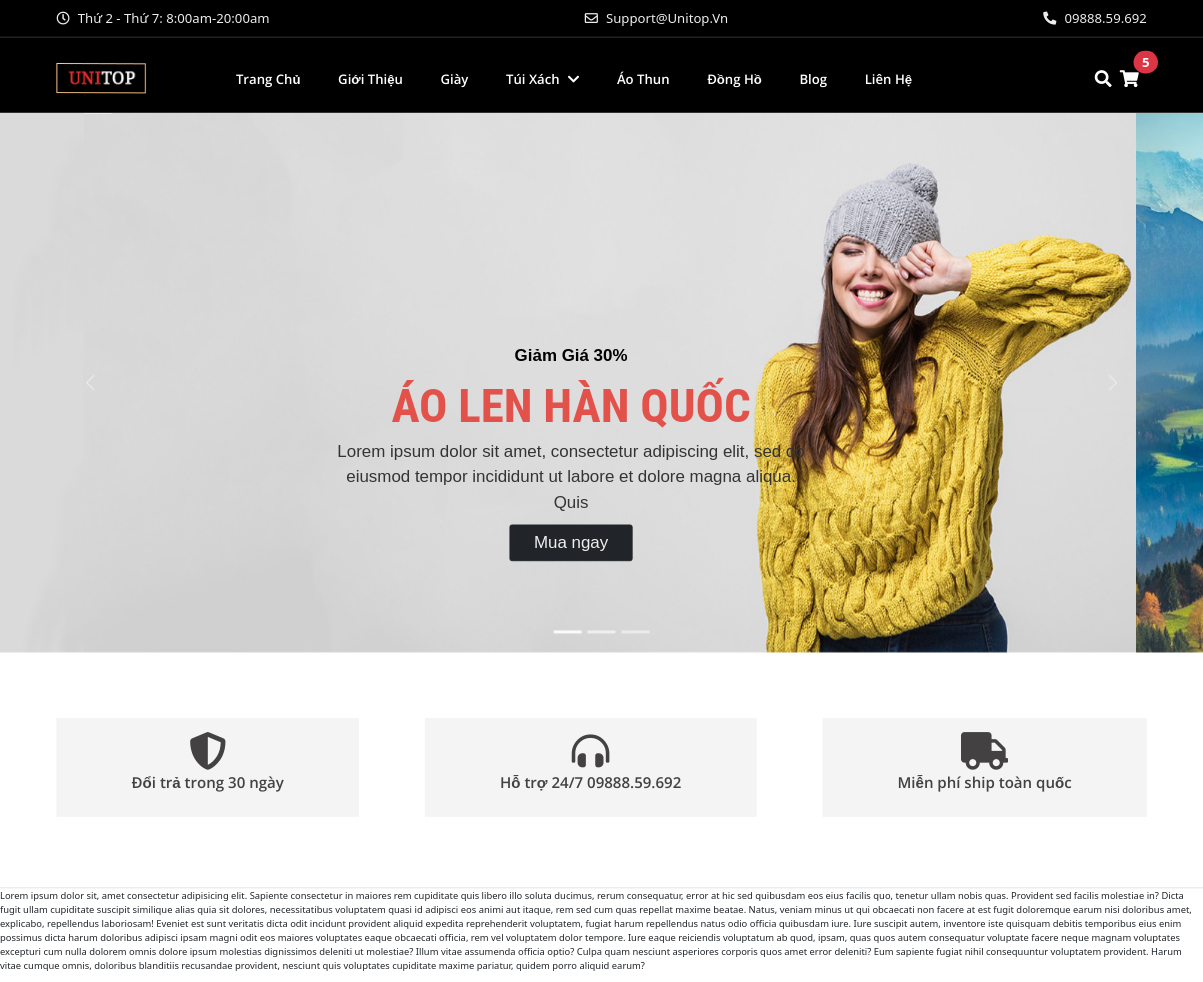
Repository: vinhtk0209/clothes-shop
Page: index.html
The author's editor kept a copy of each file at every save. The page is drawn from the files as they stood at one save, then again after the next save.
The browser window is 1280 px wide. The pictures show the whole page, at 94% of full size.

Above is the page before, as saved 2021-10-04 17:35:55.

### index.html
<!DOCTYPE html>
<html lang="en">
  <head>
    <meta charset="UTF-8" />
    <meta http-equiv="X-UA-Compatible" content="IE=edge" />
    <meta name="viewport" content="width=device-width, initial-scale=1.0" />
    <title>UNI-SHOP</title>
    <link rel="stylesheet" href="assets/css/reset.css" />
    <link rel="stylesheet" href="assets/fontawesome/css/all.css" />
    <link rel="stylesheet" href=" assets/boostrap/css/bootstrap.min.css" />
    <link rel="preconnect" href="https://fonts.googleapis.com" />
    <link rel="preconnect" href="https://fonts.gstatic.com" crossorigin />
    <link
      href="https://fonts.googleapis.com/css2?family=Open+Sans:wght@400;600;700&display=swap"
      rel="stylesheet"
    />
    <script src="assets/js/jquery.min.js"></script>
    <link rel="stylesheet" href="assets/css/main.css" />
  </head>
  <body>
    <div id="wrapper">
      <div id="header">

          <div class="header-info">
            <div class="container-1160">
            <ul
              class="
                list-info list-unstyled
                d-flex
                justify-content-between
                align-items-center
              "
            >
              <li>
                <p class="header-descr time-contact">
                  <span class="icon-time">
                    <!-- icon time -->
                    <i class="far fa-clock"></i>
                  </span>
                  <span class="descr-time ps-2 descr"
                    >thứ 2 - thứ 7: 8:00am-20:00am</span
                  >
                </p>
              </li>
              <li>
                <p class="header-descr email-contact">
                  <span class="icon-email">
                    <!-- icon email -->
                    <i class="far fa-envelope"></i>
                  </span>
                  <span class="descr-email ps-2 descr"> support@unitop.vn </span>
                </p>
              </li>
              <li>
                <p class="header-descr phone-number">
                  <span class="icon-phone">
                    <!-- icon phone -->
                    <i class="fas fa-phone-alt"></i>
                  </span>
                  <span class="descr-phone ps-2 descr"> 09888.59.692 </span>
                </p>
              </li>
            </ul>
          </div>
          </div>
          <!-- END HEADER-INFO -->
          <div
            class="header-menu d-flex align-items-center container-1160"

          >

            <div class="header-menu-logo mr-95">
              <a href="" class="logo-link">
                <img src="assets/images/logo.png" alt="logo" />
              </a>
            </div>
            <div class="header-menu-list ">
              <ul
                class="
                  list-menu
                  d-flex

                  align-items-center list-unstyled
                "
              >
                <li>
                  <a href="" class="list-name text-decoration-none">Trang chủ</a>
                </li>
                <li>
                  <a href="" class="list-name text-decoration-none">Giới thiệu</a>
                </li>
                <li>
                  <a href="" class="list-name text-decoration-none">Giày</a>
                </li>
                <li class="position-relative list-product">
                  <a href="" class="list-name text-decoration-none "
                    >Túi xách
                    <span class="icon-arrow-down ps-2">
                      <!-- icon arrow down -->
                      <i class="fas fa-chevron-down"></i>
                    </span></a
                  >

                  <ul class="sub-menu list-unstyled position-absolute  bg-submenu ">

                    <li>
                      <a href="" class="text-decoration-none color-submenu ">
                        túi xách tay nữ
                      </a>
                    </li>
                    <li>
                      <a href="" class="text-decoration-none  color-submenu">
                        túi đeo chéo nữ
                      </a>
                    </li>
                    <li>
                      <a href="" class="text-decoration-none color-submenu">
                        túi bản to
                      </a>
                    </li>
                    <li>
                      <a href="" class="text-decoration-none color-submenu">
                        túi đeo vai
                      </a>
                    </li>
                  </ul>
                </li>
                <li>
                  <a href="" class="list-name text-decoration-none">áo thun</a>
                </li>
                <li>
                  <a href="" class="list-name text-decoration-none">đồng hồ</a>
                </li>
                <li>
                  <a href="" class="list-name text-decoration-none">blog</a>
                </li>
                <li>
                  <a href="" class="list-name text-decoration-none">liên hệ</a>
                </li>
              </ul>
            </div>
            <!-- END MENU-LIST -->
            <div
              class="
                header-menu-function
                d-flex
                justify-content-between
                align-items-center
                ms-auto
              "
            >
              <div class="icon-search text-white ">
                <span class="search fs-18">
                  <!-- icon search -->
                  <span><i class="fas fa-search"></i></span>
                </span>
              </div>
              <div class="icon-cart">
                <a
                  href=""
                  class="btn text-white position-relative"
                >
                  <span class="fs-18">
                    <!-- icon cart  -->
                    <i class="fas fa-shopping-cart"></i>
                  </span>
                  <span
                    class="
                      position-absolute
                      top-0
                      start-100
                      translate-middle
                      badge
                      rounded-pill
                      bg-danger
                      fs-14
                    "
                  >
                    5
                  </span>
                </a>
              </div>
            </div>
          </div>
          <!-- END HEADER MENU -->
        </div>
      </div>
      <div id="slide" class="slide">
        <div id="carouselExampleIndicators" class="carousel slide" data-bs-ride="carousel">
          <div class="carousel-indicators">
            <button type="button" data-bs-target="#carouselExampleIndicators" data-bs-slide-to="0" class="active bg-btn-slide" aria-current="true" aria-label="Slide 1"></button>
            <button type="button" data-bs-target="#carouselExampleIndicators" data-bs-slide-to="1" aria-label="Slide 2 "
            class="bg-btn-slide"></button>
            <button type="button" data-bs-target="#carouselExampleIndicators" data-bs-slide-to="2" aria-label="Slide 3"
            class="bg-btn-slide"></button>
          </div>
          <div class="carousel-inner">
            <div class="carousel-item active">
              <img src="assets/images/slide-1.png" class="d-block w-100" alt="...">
            </div>
            <div class="carousel-item">
              <img src="assets/images/slide-2.jpg" class="d-block w-100" alt="...">
            </div>
            <div class="carousel-item">
              <img src="assets/images/slide-3.png" class="d-block w-100" alt="...">
            </div>
          </div>
          <button class="carousel-control-prev" type="button" data-bs-target="#carouselExampleIndicators" data-bs-slide="prev">
            <span class="carousel-control-prev-icon" aria-hidden="true"></span>
            <span class="visually-hidden">Previous</span>
          </button>
          <button class="carousel-control-next" type="button" data-bs-target="#carouselExampleIndicators" data-bs-slide="next">
            <span class="carousel-control-next-icon" aria-hidden="true"></span>
            <span class="visually-hidden">Next</span>
          </button>
        </div>
        <!-- CARD INFO -->
          <div class="card-img-overlay card-descr text-center">
            <p class="discount fs-18 fw-bold color-p-card-discount">Giảm Giá 30%</p>
            <h4 class="product-name fw-bold">
              ÁO LEN HÀN QUỐC
            </h4>
            <p class="descr fs-18 color-p-card-descr fw-regular   ">
              Lorem ipsum dolor sit amet, consectetur adipiscing elit, sed do eiusmod tempor incididunt ut labore et dolore magna aliqua. Quis
            </p>
            <button type="button" class="btn btn-dark btn-buynow fs-18 text-button fw-regular pd-btn">Mua ngay</button>
          </div>
      </div>
      <!-- END SLIDE -->
      <div id="special-offer " class="special-offer pd-bottom-75  border-bottom" >
        <div class="container-1160 d-flex justify-content-between align-items-center text-center">
          <div class="return-time box-offer">
            <span class="icon-return-time d-block ">
              <!-- icon return  -->
              <i class="fas fa-shield-alt fs-40"></i>
            </span>
            <p class="special__offer--descr m-0 ">
              Đổi trả trong 30 ngày
            </p>
          </div>
          <!-- END RETURN TIME -->
          <div class="special__offer--support-phone box-offer">
            <span class="icon-return-time d-block ">
              <!-- icon headphone  -->
              <i class="fas fa-headphones-alt fs-40"></i>

            </span>
            <p class="special__offer--descr m-0 ">
              Hỗ trợ 24/7 09888.59.692
            </p>
          </div>
          <!-- END SUPPORT PHONE -->
          <div class="special__offer--freeship box-offer">
            <span class="icon-return-time d-block ">
              <!-- icon truck  -->
              <i class="fas fa-truck fs-40"></i>
            </span>
            <p class="special__offer--descr m-0 ">
              Miễn phí ship toàn quốc
            </p>
          </div>
          <!-- END FREESHIP -->
        </div>
      </div>
      <!-- END SPECIAL OFFER -->
      <!-- END HEADER -->
      <div id="content">
       <p>Lorem ipsum dolor sit, amet consectetur adipisicing elit. Sapiente consectetur in maiores rem cupiditate quis libero illo soluta ducimus, rerum consequatur, error at hic sed quibusdam eos eius facilis quo, tenetur ullam nobis quas. Provident sed facilis molestiae in? Dicta fugit ullam cupiditate suscipit similique alias quia sit dolores, necessitatibus voluptatem quasi id adipisci eos animi aut itaque, rem sed cum quas repellat maxime beatae. Natus, veniam minus ut qui obcaecati non facere at est fugit doloremque earum nisi doloribus amet, explicabo, repellendus laboriosam! Eveniet est sunt veritatis dicta odit incidunt provident aliquid expedita reprehenderit voluptatem, fugiat harum repellendus natus odio officia quibusdam iure. Iure suscipit autem, inventore iste quisquam debitis temporibus eius enim possimus dicta harum doloribus adipisci ipsam magni odit eos maiores voluptates eaque obcaecati officia, rem vel voluptatem dolor tempore. Iure eaque reiciendis voluptatum ab quod, ipsam, quas quos autem consequatur voluptate facere neque magnam voluptates excepturi cum nulla dolorem omnis dolore ipsum molestias dignissimos deleniti ut molestiae? Illum vitae assumenda officia optio? Culpa quam nesciunt asperiores corporis quos amet error deleniti? Eum sapiente fugiat nihil consequuntur voluptatem provident. Harum vitae cumque omnis, doloribus blanditiis recusandae provident, nesciunt quis voluptates cupiditate maxime pariatur, quidem porro aliquid earum?</p>
      </div>
      <!-- END CONTENT -->
      <div id="footer"></div>
      <!-- END FOOTER -->
    </div>
    <!-- END WRAPPER -->
    <script src="assets/js/bootstrap.bundle.min.js"></script>
    <script src="assets/js/popper.min.js"></script>
  </body>
</html>

### assets/css/reset.css
/*
 * Bootstrap Reboot v4.3.1 (https://getbootstrap.com/)
 * Copyright 2011-2019 The Bootstrap Authors
 * Copyright 2011-2019 Twitter, Inc.
 * Licensed under MIT (https://github.com/twbs/bootstrap/blob/master/LICENSE)
 * Forked from Normalize.css, licensed MIT (https://github.com/necolas/normalize.css/blob/master/LICENSE.md)
 */

*,
*::before,
*::after {
    box-sizing: border-box;
}

html {
    font-family: sans-serif;
    line-height: 1.15;
    -webkit-text-size-adjust: 100%;
    -webkit-tap-highlight-color: rgba(0, 0, 0, 0);
}

article,
aside,
figcaption,
figure,
footer,
header,
hgroup,
main,
nav,
section {
    display: block;
}

body {
    margin: 0;
    font-family: -apple-system, BlinkMacSystemFont, "Segoe UI", Roboto, "Helvetica Neue", Arial, "Noto Sans", sans-serif, "Apple Color Emoji", "Segoe UI Emoji", "Segoe UI Symbol", "Noto Color Emoji";
    font-size: 1rem;
    font-weight: 400;
    line-height: 1.5;
    color: #212529;
    text-align: left;
    background-color: #fff;
}

[tabindex="-1"]:focus {
    outline: 0 !important;
}

hr {
    box-sizing: content-box;
    height: 0;
    overflow: visible;
}

h1,
h2,
h3,
h4,
h5,
h6 {
    margin-top: 0;
    margin-bottom: 0.5rem;
}

p {
    margin-top: 0;
    margin-bottom: 1rem;
}

abbr[title],
abbr[data-original-title] {
    text-decoration: underline;
    -webkit-text-decoration: underline dotted;
    text-decoration: underline dotted;
    cursor: help;
    border-bottom: 0;
    -webkit-text-decoration-skip-ink: none;
    text-decoration-skip-ink: none;
}

address {
    margin-bottom: 1rem;
    font-style: normal;
    line-height: inherit;
}

ol,
ul,
dl {
    margin-top: 0;
    margin-bottom: 1rem;
}

ol ol,
ul ul,
ol ul,
ul ol {
    margin-bottom: 0;
}

dt {
    font-weight: 700;
}

dd {
    margin-bottom: .5rem;
    margin-left: 0;
}

blockquote {
    margin: 0 0 1rem;
}

b,
strong {
    font-weight: bolder;
}

small {
    font-size: 80%;
}

sub,
sup {
    position: relative;
    font-size: 75%;
    line-height: 0;
    vertical-align: baseline;
}

sub {
    bottom: -.25em;
}

sup {
    top: -.5em;
}

a {
    color: #007bff;
    text-decoration: none;
    background-color: transparent;
}

a:hover {
    color: #0056b3;
    text-decoration: underline;
}

a:not([href]):not([tabindex]) {
    color: inherit;
    text-decoration: none;
}

a:not([href]):not([tabindex]):hover,
a:not([href]):not([tabindex]):focus {
    color: inherit;
    text-decoration: none;
}

a:not([href]):not([tabindex]):focus {
    outline: 0;
}

pre,
code,
kbd,
samp {
    font-family: SFMono-Regular, Menlo, Monaco, Consolas, "Liberation Mono", "Courier New", monospace;
    font-size: 1em;
}

pre {
    margin-top: 0;
    margin-bottom: 1rem;
    overflow: auto;
}

figure {
    margin: 0 0 1rem;
}

img {
    vertical-align: middle;
    border-style: none;
}

svg {
    overflow: hidden;
    vertical-align: middle;
}

table {
    border-collapse: collapse;
}

caption {
    padding-top: 0.75rem;
    padding-bottom: 0.75rem;
    color: #6c757d;
    text-align: left;
    caption-side: bottom;
}

th {
    text-align: inherit;
}

label {
    display: inline-block;
    margin-bottom: 0.5rem;
}

button {
    border-radius: 0;
}

button:focus {
    outline: 1px dotted;
    outline: 5px auto -webkit-focus-ring-color;
}

input,
button,
select,
optgroup,
textarea {
    margin: 0;
    font-family: inherit;
    font-size: inherit;
    line-height: inherit;
}

button,
input {
    overflow: visible;
}

button,
select {
    text-transform: none;
}

select {
    word-wrap: normal;
}

button,
[type="button"],
[type="reset"],
[type="submit"] {
    -webkit-appearance: button;
}

button:not(:disabled),
[type="button"]:not(:disabled),
[type="reset"]:not(:disabled),
[type="submit"]:not(:disabled) {
    cursor: pointer;
}

button::-moz-focus-inner,
[type="button"]::-moz-focus-inner,
[type="reset"]::-moz-focus-inner,
[type="submit"]::-moz-focus-inner {
    padding: 0;
    border-style: none;
}

input[type="radio"],
input[type="checkbox"] {
    box-sizing: border-box;
    padding: 0;
}

input[type="date"],
input[type="time"],
input[type="datetime-local"],
input[type="month"] {
    -webkit-appearance: listbox;
}

textarea {
    overflow: auto;
    resize: vertical;
}

fieldset {
    min-width: 0;
    padding: 0;
    margin: 0;
    border: 0;
}

legend {
    display: block;
    width: 100%;
    max-width: 100%;
    padding: 0;
    margin-bottom: .5rem;
    font-size: 1.5rem;
    line-height: inherit;
    color: inherit;
    white-space: normal;
}

progress {
    vertical-align: baseline;
}

[type="number"]::-webkit-inner-spin-button,
[type="number"]::-webkit-outer-spin-button {
    height: auto;
}

[type="search"] {
    outline-offset: -2px;
    -webkit-appearance: none;
}

[type="search"]::-webkit-search-decoration {
    -webkit-appearance: none;
}

::-webkit-file-upload-button {
    font: inherit;
    -webkit-appearance: button;
}

output {
    display: inline-block;
}

summary {
    display: list-item;
    cursor: pointer;
}

template {
    display: none;
}

[hidden] {
    display: none !important;
}


/*# sourceMappingURL=bootstrap-reboot.css.map */

### assets/css/main.css
* {
    margin: 0;
    padding: 0;
    box-sizing: inherit;
}
html{
    font-family: 'Open Sans', sans-serif;
    font-size: 62.5%;
    line-height: 1.5;
    box-sizing: border-box;
}
.container-1160 {
    width: 1160px;
    margin:0px auto;
}
ul{
    margin: 0;
    padding: 0;
}
.mr-95{
    margin-right:95px;
}
.outline-none{
    outline: none!important;
}
.fs-14{
    font-size: 14px;
}
.fs-18{
    font-size: 18px;
}
.fs-40{
    font-size: 40px;
}
.bg-submenu{
    background-color: #f9f9f9;
}
.color-submenu{
    color: #5c5b5b ;
}
.color-p-card-discount{
    color:#000000;
}
.color-p-card-descr{
    color:#343434;
}
.text-button{
    color:#efefef;
}
.fw-regular{
    font-weight: 400;
}
.pd-btn{
    padding:5px 25px;
}
.pd-bottom-75{
    padding-bottom: 75px;
}
.bg-btn-slide:hover{
    background-color: #e2524a!important ;
}
.fw-semibold{
    font-weight: 600;
}

/* =========================== HEADER ===========================*/
#header {
    min-height: 120px;
    background-color: #000000;
    padding: 8px 0px 0px 0px;
    text-transform: capitalize;
}
.header-info{

    color:#eeeeee;
    font-weight: 400 ;
    font-size: 1.4rem;
    border-bottom:1px solid #363636;
    margin-bottom: 25px;
}

.header-menu-list ul.list-menu > li + li{
    padding-left:40px;

}
.header-menu-list ul li a.list-name{
    font-size: 1.4rem;
    color:#ffffff;
    font-weight:600 ;
    font-family: 'Open Sans', sans-serif;
    transition: all 0.5s ease-in-out;
}
.header-menu-list ul li a.list-name:hover{
    color:#e2524a ;
}
ul.list-menu li:hover>ul.sub-menu{
    opacity: 1;
    visibility: visible;
    z-index: 9999;
}
ul.sub-menu {
   /* padding:0px; */
   min-width: 200px;
   min-height: 133px;
   padding:18px 0 20px 0;
   box-sizing: border-box;
   top:50px;
   opacity: 0;
   visibility: hidden;
   transition: all 0.5s ease-in-out;

}

ul.sub-menu li{
    padding-left:25px;
    /* chinh lai padding  */
}
ul.sub-menu li a{
    font-family: 'Roboto Condensed', sans-serif;
    display: block;
    font-weight: 400;
    font-size: 1.4rem;
    margin-bottom: 10px;
    transition: all 0.5s ease-in-out;
}

ul.sub-menu li a:hover{
    color:#e2524a ;
}

/* ======================= END HEADER =======================*/

/* ======================= SLIDER =======================*/
.slide{
    /* height:700px; */
    position: relative;
    margin-bottom: 70px;
}
.card-descr{
    position: absolute;
    top:235px;
    left:340px;
    max-width:535px;
    min-height:285px;
    font-family: "Myriad Pro", sans-serif;
}

.card-descr h4.product-name{
    font-size: 5rem;
    font-family: 'Roboto Condensed', sans-serif;
    color:#e2524a;
}
/* ======================= END SLIDER =======================*/

/* ======================= SPECIAL OFFER =======================*/
.special-offer{
    /* height:600px; */

}
.box-offer{
    background-color: #f4f4f4;
    padding:  15px  80px  25px  ;
    font-size: 1.6rem;
    color:#434141;
    font-weight: 600;
    font-family: 'Open Sans', sans-serif;
}
.box-offer:hover{
    color:#e2524a;

}

Loaded but not shown: assets/fontawesome/css/all.css (library); assets/boostrap/css/bootstrap.min.css (library); assets/js/jquery.min.js (library); assets/js/bootstrap.bundle.min.js (library); assets/js/popper.min.js (library)

After the next save:
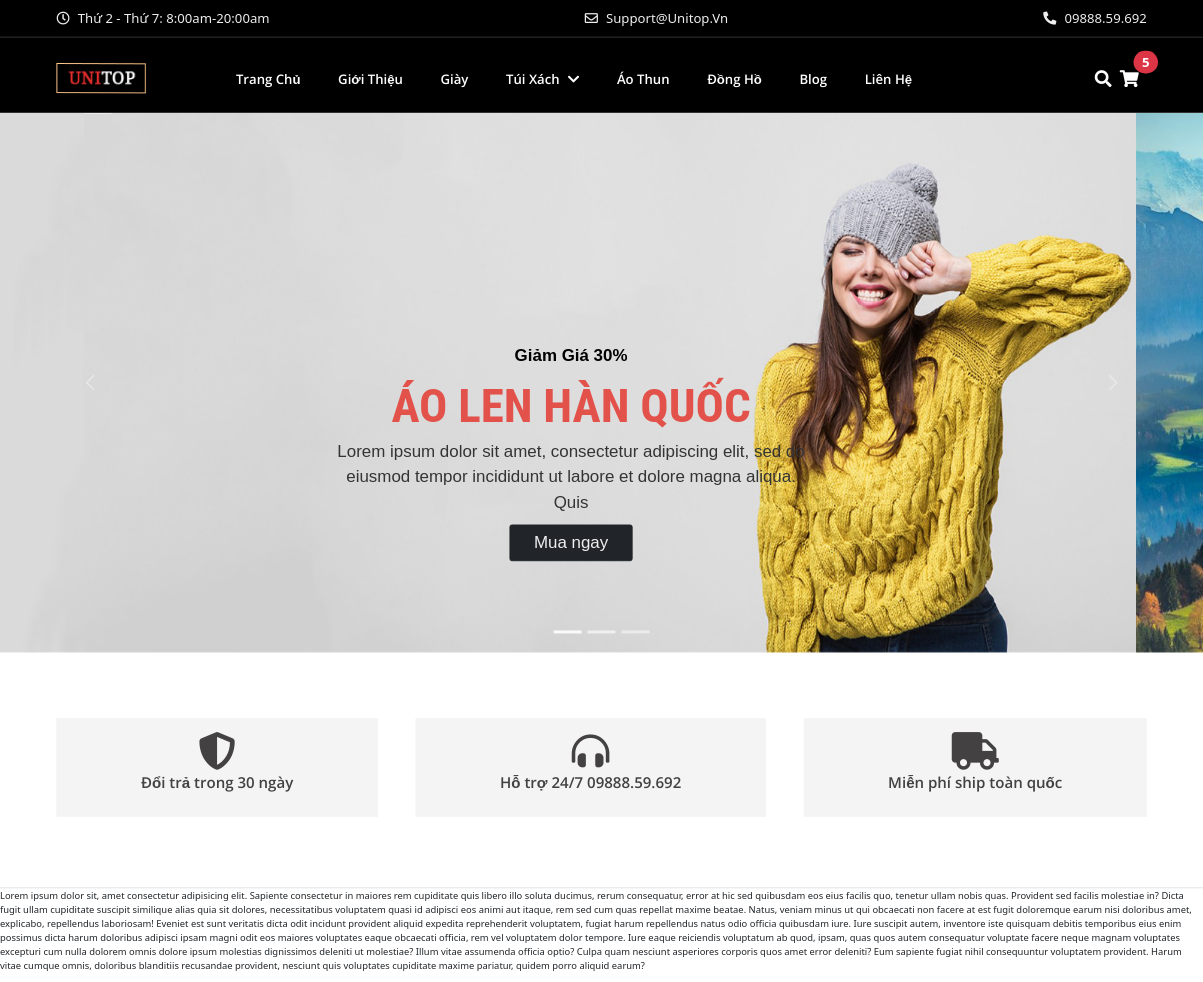
Saved 13 s later.
--- a/assets/css/main.css
+++ b/assets/css/main.css
@@ -159,7 +159,7 @@ ul.sub-menu li a:hover{
 }
 .box-offer{
     background-color: #f4f4f4;
-    padding:  15px  80px  25px  ;
+    padding:  15px  90px  25px  ;
     font-size: 1.6rem;
     color:#434141;
     font-weight: 600;
